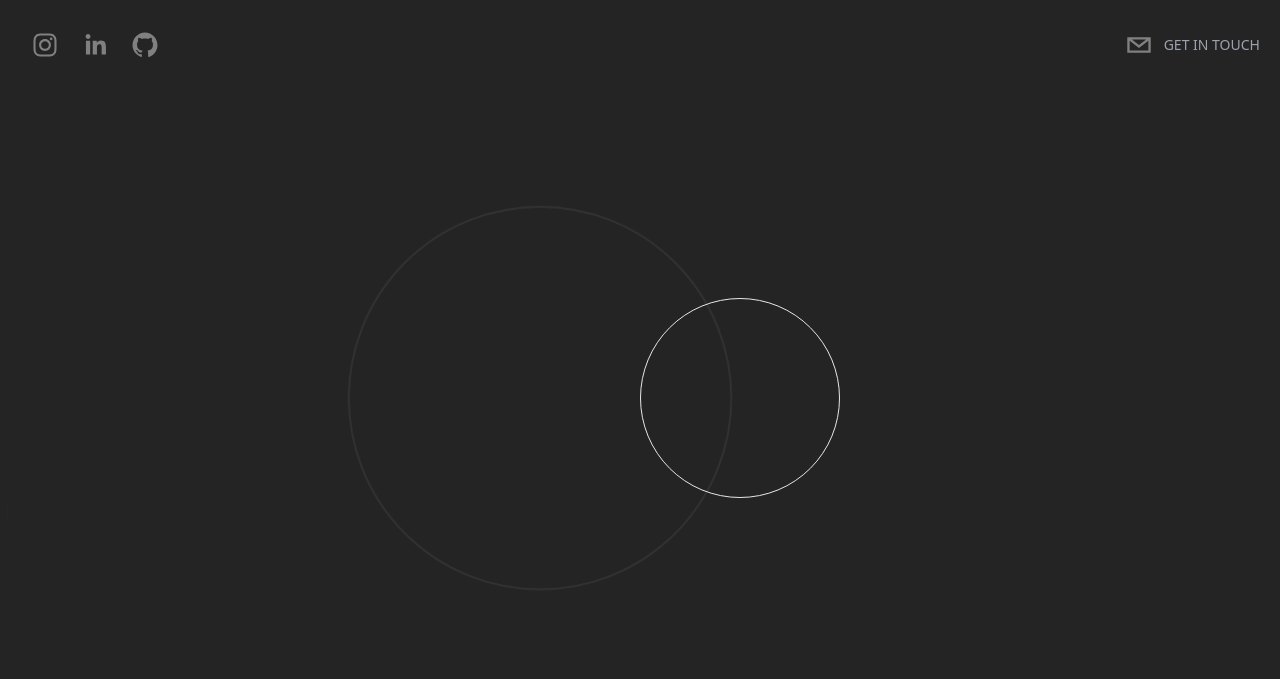
Repository: husainmamuwala/portfolio2.0
Page: /
An editor plug-in stored every save of this project. The page is shown before and after a run of saves, followed by the edit.
The browser window is 1280 px wide. The pictures show the whole page.
The project was rebuilt for these pictures with package versions that can differ from the ones it lists, and the page was loaded fresh each time. The framework's server and built-in components were replaced by stand-ins that run in the browser. Also part of the build but not shown: next.config.js.

Above is the page before, as saved 2022-09-17 18:33:28.

After the next 2 saves:
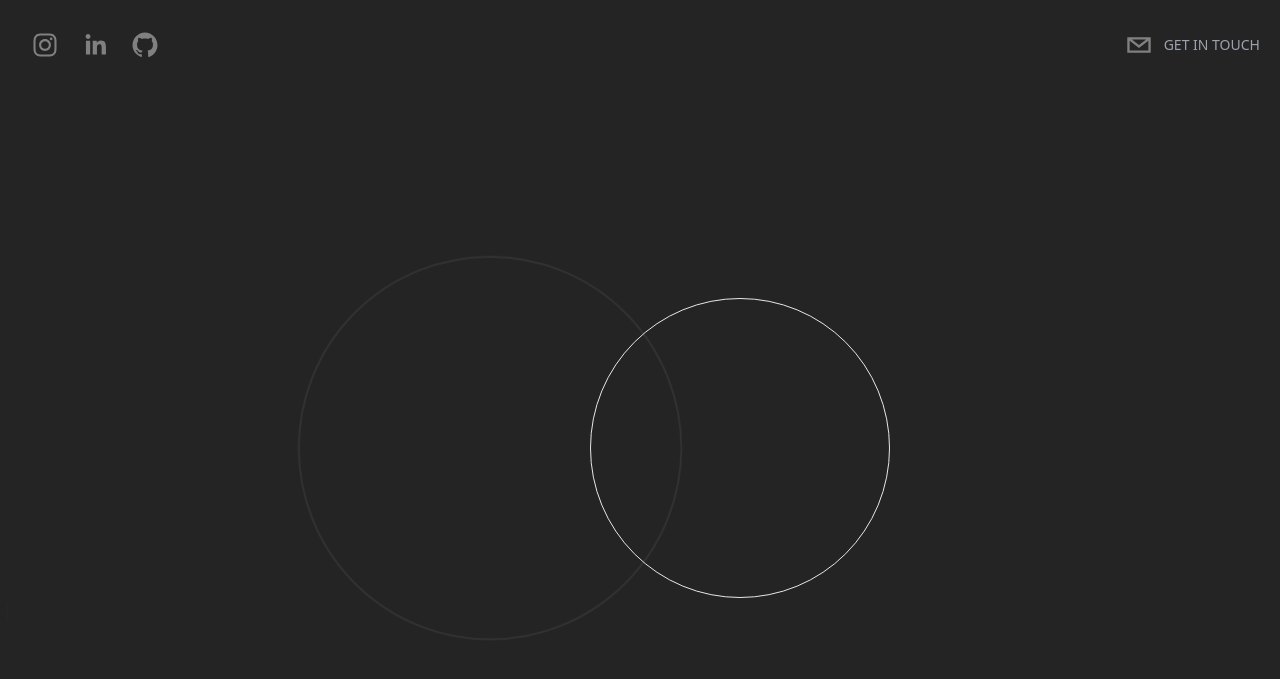
The 2 saves are shown as one change because they came seconds apart.
The last was saved 14 s later.
--- a/components/BackgroundCircles.tsx
+++ b/components/BackgroundCircles.tsx
@@ -6,7 +6,7 @@ function BackgroundCircles({}: Props) {
   return (
     <div className='relative flex justify-center items-center'>
         <div className='border [#333333] rounded-full h-[200px] w-[200px] animate-ping mt-52'/>
-        <div className='border [#333333] rounded-full h-[200px] w-[200px] mt-52'/>
+        <div className='border [#333333] rounded-full h-[300px] w-[300px] mt-52'/>
         <div/>
         <div/>
         <div/>
